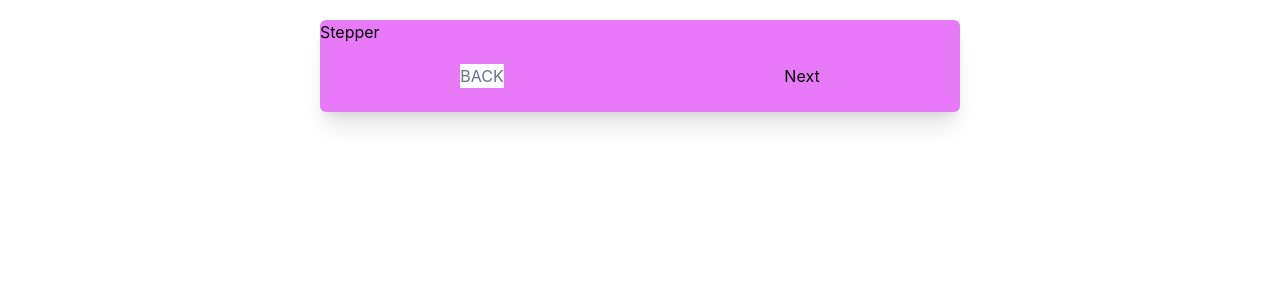
Repository: OmniaRafat232111121/reactstepper
Page: /
These files come from the project's save history. The page is drawn as it stood at one moment and after the next save; the edit follows.
The browser window is 1280 px wide. The pictures show the whole page.
The project was rebuilt for these pictures with package versions that can differ from the ones it lists, and the page was loaded fresh each time. Also part of the build but not shown: src/App.css.

Above is the page before, as saved 2023-02-21 23:18:54.

After the next save:
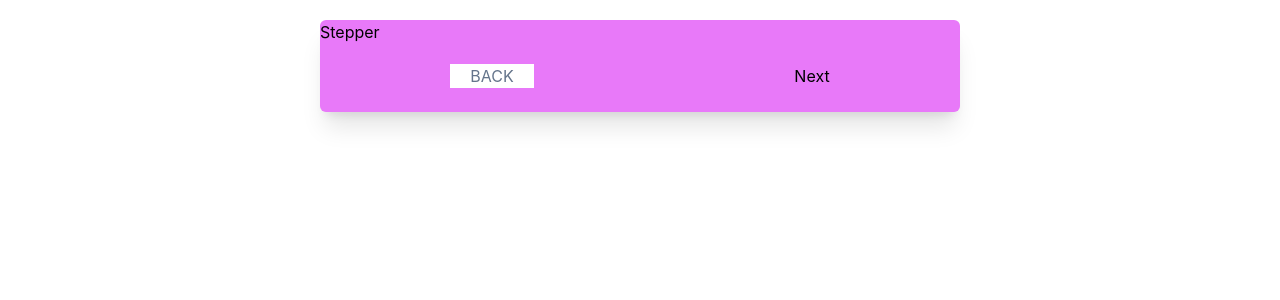
Saved 4 s later.
--- a/src/Component/StepperControl.js
+++ b/src/Component/StepperControl.js
@@ -4,7 +4,7 @@ const StepperControl = () => {
   return (
     <div className='container  flex justify-around mt-5 mb-4'>
        {/*back button*/}
-       <button className='bg-white text-slate-500  uppercase p'>
+       <button className='bg-white text-slate-500  uppercase px-5'>
        Back
        </button>
         {/*next button*/}
